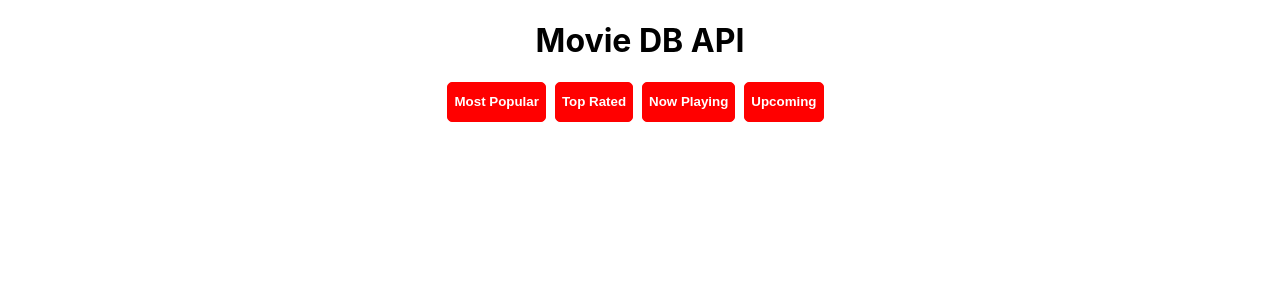
Repository: chaampavictor/moviedbapi
Page: /
The author's editor kept a copy of each file at every save. The page is drawn from the files as they stood at one save, then again after the next save.
The browser window is 1280 px wide. The pictures show the whole page.
The page's requests for data from a server got no answer. The project was rebuilt for these pictures with package versions that can differ from the ones it lists, and the page was loaded fresh each time. No one was signed in, and anything a server would have sent is missing.

Above is the page before, as saved 2022-01-13 10:40:48.

### src/App.js
import React, { useEffect, useState } from "react";
import axios from "axios";
import "./App.css";
import Container from "react-bootstrap/Container";
import Row from "react-bootstrap/Row";
import Col from "react-bootstrap/Col";
import Button from "react-bootstrap/Button";
const api_key = "872c70d736d1ef4484522f734137927d";
const BASE_URL = "https://api.themoviedb.org/3";
const getImage = (path) => `https://image.tmdb.org/t/p/w300/${path}`;

function App() {
  const [data, setData] = useState([]);
  const [isLoading, setLoading] = useState(false);
  const [show, setShow] = useState(false);

  // const handleClose = () => setShow(false);
  // const handleShow = () => setShow(true);

  const handleShow = () => {
    setShow(true);
  };

  const api = axios.create({ baseURL: BASE_URL });

  const getUpcoming = api.get("/movie/popular", { params: { api_key } });
  const getgenre = api.get("/genre/movie/list", { params: { api_key } });

  useEffect(() => {
    getUpcoming.then((res) => {
      setData(res.data.results);
    });

    getgenre.then((res) => {
      // setData(res.data.results);
      console.log("get genre", res);
    });
  }, []);

  const GetMostPopular = () => {
    const toprated = api.get("/movie/popular", { params: { api_key } });
    toprated.then((res) => {
      console.log("get popular", res.data.results);
      setData(res.data.results);
    });
  };

  const GetTopRated = (res) => {
    const toprated = api.get("/movie/top_rated", { params: { api_key } });
    toprated.then((res) => {
      console.log("get top rated", res.data.results);
      setData(res.data.results);
    });
  };

  const GetPlaying = () => {
    const latest = api.get("movie/now_playing", { params: { api_key } });
    latest.then((res) => {
      console.log("now_playing movies", res.data);
      setData(res.data.results);
    });
  };

  const GetUpcoming = () => {
    const latest = api.get("movie/upcoming", { params: { api_key } });
    latest.then((res) => {
      console.log("latest movies", res.data);
      setData(res.data.results);
    });
  };

  return (
    <div className="App">
      <h1 style={{ textAlign: "center" }}>Movie DB API</h1>
      <header>
        <div
          style={{
            display: "flex",
            justifyContent: "center",
            alignItems: "center",
            marginBottom: "12px",
          }}
        >
          <Button className="filterbutton" onClick={GetMostPopular}>
            Most Popular
          </Button>
          <Button className="filterbutton" onClick={GetTopRated}>
            Top Rated
          </Button>
          <Button className="filterbutton" onClick={GetPlaying}>
            {" "}
            Now Playing
          </Button>
          <Button className="filterbutton" onClick={GetUpcoming}>
            {" "}
            Upcoming
          </Button>
        </div>

        <div
          className="explore-card-columns  container-fluid"
          style={{ marginBottom: "100px" }}
        >
          {data.map((movie) => (
            <div className="item">
              <div class="hover01 column">
                <div>
                  <figure>
                    <img
                      onClick={handleShow}
                      src={getImage(movie.poster_path)}
                      alt="poster"
                      className="image-item"
                    />
                  </figure>
                </div>
              </div>
            </div>
          ))}
        </div>
      </header>
    </div>
  );
}

export default App;

### src/App.css
.explore-nav {
  padding-top: 30px;
}

.item {
  margin-bottom: 15px;
}

.image-item {
  border-radius: 52px;
  cursor: pointer;
}

.filterbutton {
  height: 40px;
  margin-right: 9px;
  background: red;
  border: red 1px solid;
  border-radius: 5px;
  color: white;
  font-weight: bolder;
}

.figure {
  width: 200px;
  height: 150px;
  margin: 0;
  padding: 0;
  background: #fff;
  overflow: hidden;
}
.figure:hover + span {
  bottom: -36px;
  opacity: 1;
}

/* Zoom In #1 */
.hover01 figure img {
  -webkit-transform: scale(0.9);
  transform: scale(1);
  -webkit-transition: 0.3s ease-in-out;
  transition: 0.3s ease-in-out;
}
.hover01 figure:hover img {
  -webkit-transform: scale(1);
  transform: scale(1.04);
}

.explore-body .card-body:hover {
  /* color: #30adb4; */
  background: "#32c709";
}

.card {
  border: 0px solid rgba(0, 0, 0, 0.125) !important;
}

.user-reaction div {
  padding-right: 20px;
}

.explore-card-columns .card {
  margin-bottom: 0.79rem;
}
@media screen and (min-width: 992px) {
  .explore-card-columns {
    -webkit-column-count: 4;
    -moz-column-count: 4;
    column-count: 4;
    -webkit-column-gap: 1.25rem;
    -moz-column-gap: 1.25rem;
    column-gap: 1.25rem;
  }
  .explore-card-columns .card {
    display: inline-block;
    width: 100%;
  }
}
@media screen and (max-width: 992px) {
  .explore-card-columns {
    -webkit-column-count: 2;
    -moz-column-count: 2;
    column-count: 2;
  }
}
@media screen and (max-width: 600px) {
  .explore-card-columns {
    -webkit-column-count: 1;
    -moz-column-count: 1;
    column-count: 1;
  }
}

Loaded but not shown: public/index.html (common file); src/index.js (common file); src/index.css (common file); src/reportWebVitals.js (common file)

After the next save:
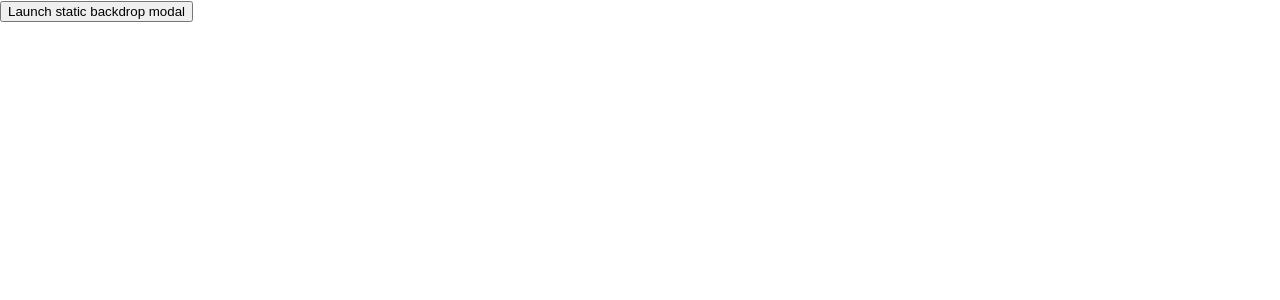
Saved 5 min 47 s later.
--- a/src/App.js
+++ b/src/App.js
@@ -1,6 +1,7 @@
 import React, { useEffect, useState } from "react";
 import axios from "axios";
 import "./App.css";
+import Modal from "react-bootstrap/Modal";
 import Container from "react-bootstrap/Container";
 import Row from "react-bootstrap/Row";
 import Col from "react-bootstrap/Col";
@@ -10,116 +11,38 @@ const BASE_URL = "https://api.themoviedb.org/3";
 const getImage = (path) => `https://image.tmdb.org/t/p/w300/${path}`;
 
 function App() {
-  const [data, setData] = useState([]);
-  const [isLoading, setLoading] = useState(false);
   const [show, setShow] = useState(false);
 
-  // const handleClose = () => setShow(false);
-  // const handleShow = () => setShow(true);
-
-  const handleShow = () => {
-    setShow(true);
-  };
-
-  const api = axios.create({ baseURL: BASE_URL });
-
-  const getUpcoming = api.get("/movie/popular", { params: { api_key } });
-  const getgenre = api.get("/genre/movie/list", { params: { api_key } });
-
-  useEffect(() => {
-    getUpcoming.then((res) => {
-      setData(res.data.results);
-    });
-
-    getgenre.then((res) => {
-      // setData(res.data.results);
-      console.log("get genre", res);
-    });
-  }, []);
-
-  const GetMostPopular = () => {
-    const toprated = api.get("/movie/popular", { params: { api_key } });
-    toprated.then((res) => {
-      console.log("get popular", res.data.results);
-      setData(res.data.results);
-    });
-  };
-
-  const GetTopRated = (res) => {
-    const toprated = api.get("/movie/top_rated", { params: { api_key } });
-    toprated.then((res) => {
-      console.log("get top rated", res.data.results);
-      setData(res.data.results);
-    });
-  };
-
-  const GetPlaying = () => {
-    const latest = api.get("movie/now_playing", { params: { api_key } });
-    latest.then((res) => {
-      console.log("now_playing movies", res.data);
-      setData(res.data.results);
-    });
-  };
-
-  const GetUpcoming = () => {
-    const latest = api.get("movie/upcoming", { params: { api_key } });
-    latest.then((res) => {
-      console.log("latest movies", res.data);
-      setData(res.data.results);
-    });
-  };
+  const handleClose = () => setShow(false);
+  const handleShow = () => setShow(true);
 
   return (
-    <div className="App">
-      <h1 style={{ textAlign: "center" }}>Movie DB API</h1>
-      <header>
-        <div
-          style={{
-            display: "flex",
-            justifyContent: "center",
-            alignItems: "center",
-            marginBottom: "12px",
-          }}
-        >
-          <Button className="filterbutton" onClick={GetMostPopular}>
-            Most Popular
+    <>
+      <Button variant="primary" onClick={handleShow}>
+        Launch static backdrop modal
+      </Button>
+
+      <Modal
+        show={show}
+        onHide={handleClose}
+        backdrop="static"
+        keyboard={false}
+      >
+        <Modal.Header closeButton>
+          <Modal.Title>Modal title</Modal.Title>
+        </Modal.Header>
+        <Modal.Body>
+          I will not close if you click outside me. Don't even try to press
+          escape key.
+        </Modal.Body>
+        <Modal.Footer>
+          <Button variant="secondary" onClick={handleClose}>
+            Close
           </Button>
-          <Button className="filterbutton" onClick={GetTopRated}>
-            Top Rated
-          </Button>
-          <Button className="filterbutton" onClick={GetPlaying}>
-            {" "}
-            Now Playing
-          </Button>
-          <Button className="filterbutton" onClick={GetUpcoming}>
-            {" "}
-            Upcoming
-          </Button>
-        </div>
-
-        <div
-          className="explore-card-columns  container-fluid"
-          style={{ marginBottom: "100px" }}
-        >
-          {data.map((movie) => (
-            <div className="item">
-              <div class="hover01 column">
-                <div>
-                  <figure>
-                    <img
-                      onClick={handleShow}
-                      src={getImage(movie.poster_path)}
-                      alt="poster"
-                      className="image-item"
-                    />
-                  </figure>
-                </div>
-              </div>
-            </div>
-          ))}
-        </div>
-      </header>
-    </div>
+          <Button variant="primary">Understood</Button>
+        </Modal.Footer>
+      </Modal>
+    </>
   );
 }
 
